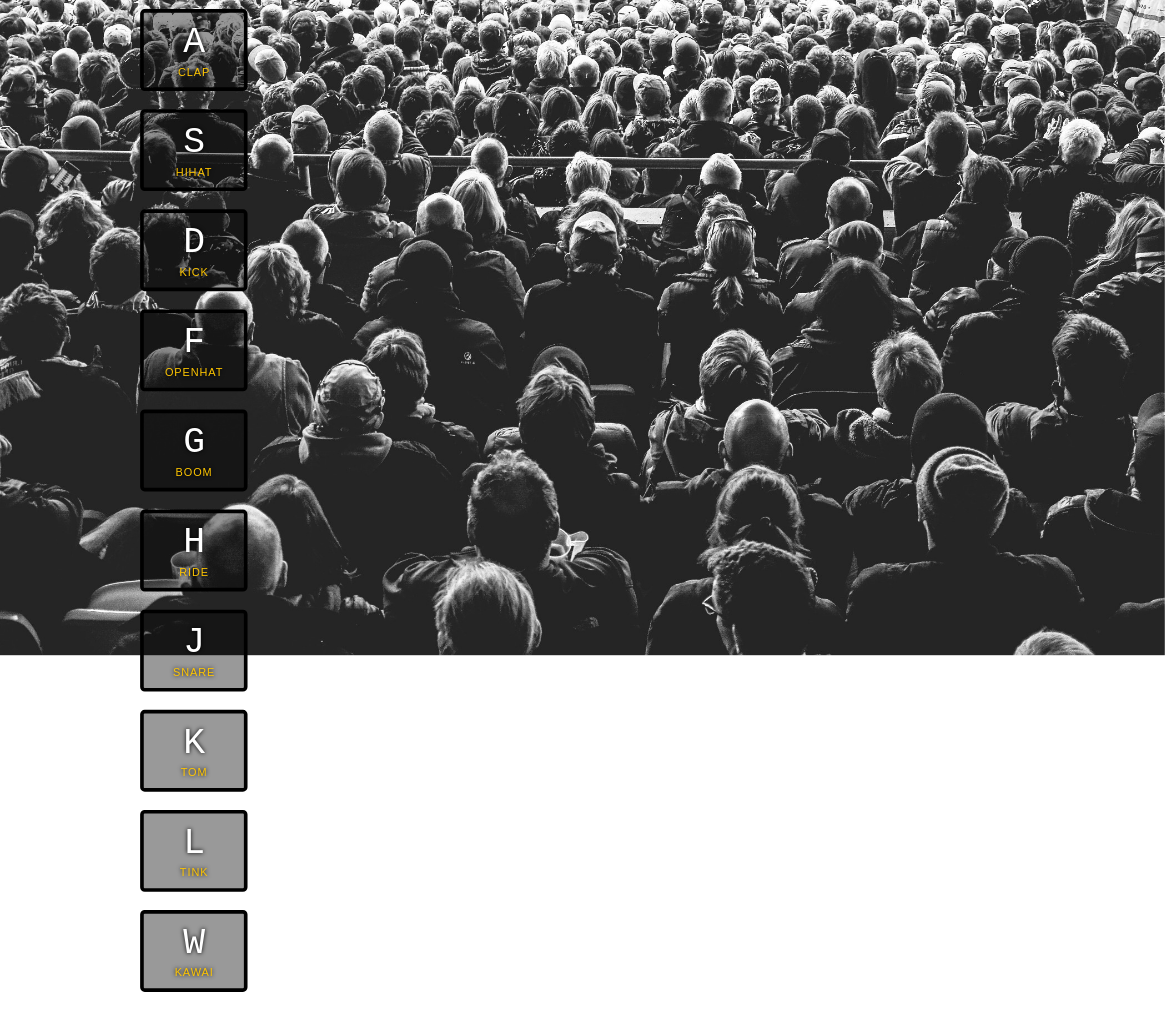
Repository: Freezler/drumkitJS
Page: index-START.html
An editor plug-in stored every save of this project. The page is shown before and after the next save, followed by the edit.
The browser window is 1280 px wide. The pictures show the whole page, at 91% of full size.

Above is the page before, as saved 2024-08-23 00:23:53.

After the next save:
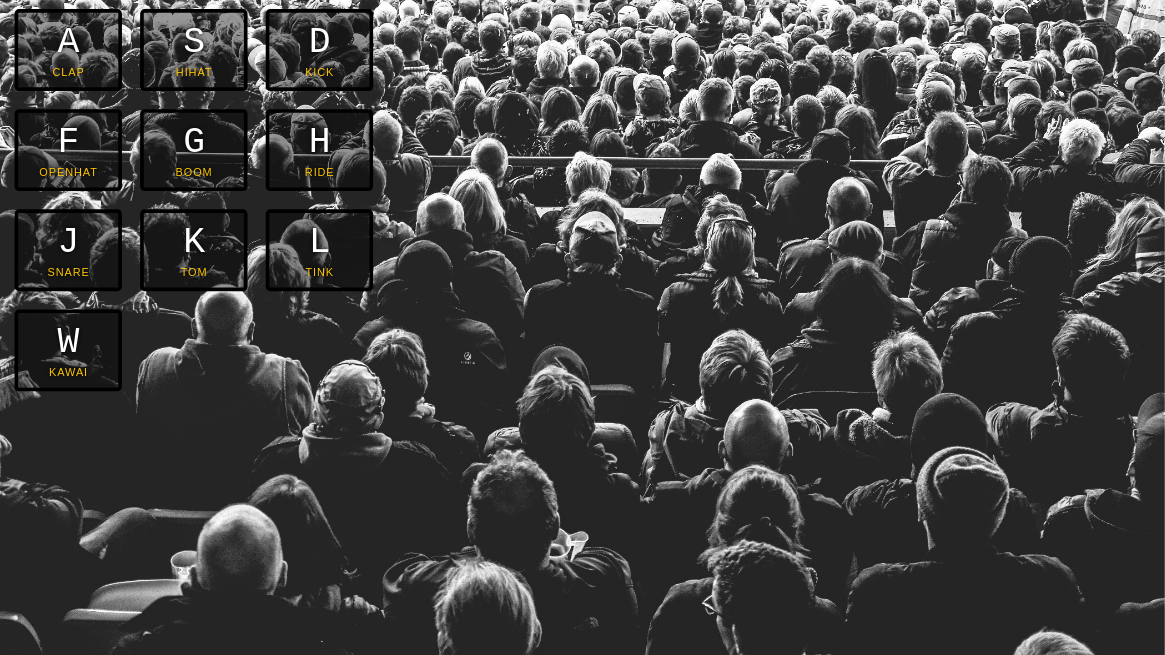
Saved 15 s later.
--- a/style.css
+++ b/style.css
@@ -27,8 +27,8 @@ main {
 }
 
 .keys {
-display: grid;
-
+  display: grid;
+  grid-template-columns: auto auto auto;
 }
 
 .key {
@@ -43,8 +43,7 @@ display: grid;
   color: white;
   background: rgba(0, 0, 0, 0.4);
   text-shadow: 0 0 .5rem black;
- l
-
+  l
 }
 
 .key[data-key="87"] {
